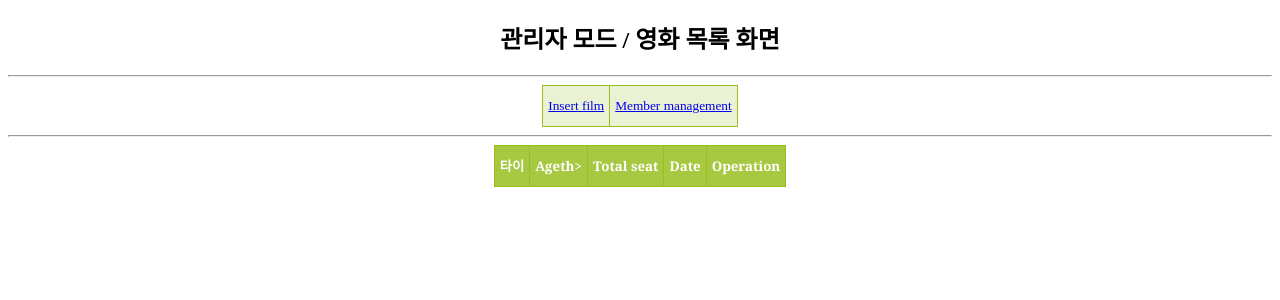
Repository: lmcoa15/Movie
Page: http://localhost/movie/admin/admin_mode.jsp
These files come from the project's save history. The page is drawn as it stood at one moment and after the next save; the edit follows.
The browser window is 1280 px wide. The pictures show the whole page.
The page is served by Tomcat 9.

Above is the page before, as saved 2015-12-07 06:41:25.

After the next save:
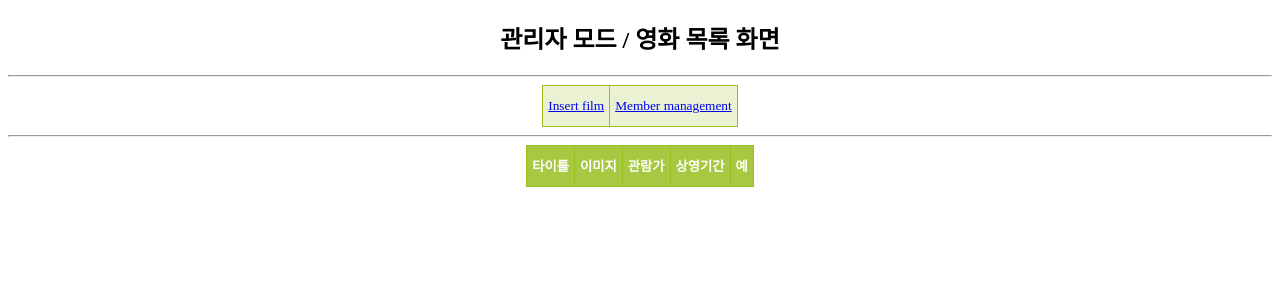
Saved 2 min 48 s later.
--- a/workspace/movie/WebContent/admin/admin_mode.jsp
+++ b/workspace/movie/WebContent/admin/admin_mode.jsp
@@ -28,9 +28,9 @@
 
 
 <table border="1">
-	<tr><th>타이</th><th>Ageth>
-	<th>Total seat</th><th>Date</th>
-	<th>Operation</th>
+	<tr><th>타이틀</th><th>이미지</th>
+	<th>관람가</th><th>상영기간</th>
+	<th>예</th>
 	</tr>
 
 	<%
